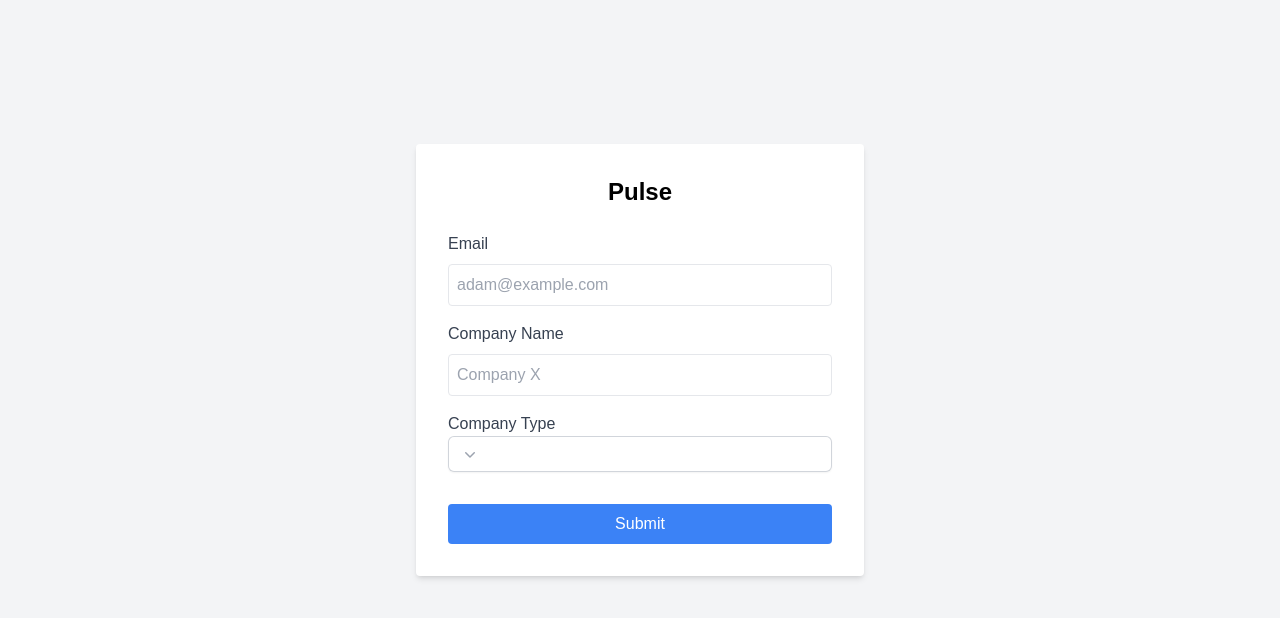
Repository: e-ndorfin/newhacks-2024
Page: / (app in pulse_site/)
These files come from the project's save history. The page is drawn as it stood at one moment and after the next save; the edit follows.
The browser window is 1280 px wide. The pictures show the whole page.
The project was rebuilt for these pictures with package versions that can differ from the ones it lists, and the page was loaded fresh each time. The framework's server and built-in components were replaced by stand-ins that run in the browser. Also part of the build but not shown: pulse_site/next.config.mjs.

Above is the page before, as saved 2024-10-26 20:04:03.

### pulse_site/app/page.js
"use client"; // Enables client-side features like hooks

import { useState } from 'react';

export default function Home() {
  const [email, setEmail] = useState('');
  const [companyName, setCompanyName] = useState('');
  const [companyType, setCompanyType] = useState('');
  const [isOpen, setIsOpen] = useState(false);

  const handleSubmit = (e) => {
    e.preventDefault();
    // Handle the form submission, e.g., send data to API or log it
    console.log({ email, companyName, companyType });
  };

  const handleSelectType = (type) => {
    setCompanyType(type);
    setIsOpen(false); // Close dropdown after selection
  };

  return (
    <div className="flex justify-center items-center h-screen bg-gray-100">
      <form
        onSubmit={handleSubmit}
        className="bg-white p-8 rounded shadow-md w-full max-w-md"
      >
        <h2 className="text-2xl font-bold mb-6 text-center text-black">Pulse</h2>

        <div className="mb-4">
          <label className="block text-gray-700">Email</label>
          <input
            type="email"
            placeholder="adam@example.com"
            value={email}
            onChange={(e) => setEmail(e.target.value)}
            className="mt-2 p-2 w-full border rounded"
            required
          />
        </div>

        <div className="mb-4">
          <label className="block text-gray-700">Company Name</label>
          <input
            type="text"
            placeholder="Company X"
            value={companyName}
            onChange={(e) => setCompanyName(e.target.value)}
            className="mt-2 p-2 w-full border rounded"
            required
          />
        </div>

        <div className="mb-4">
          <label className="block text-gray-700">Company Type</label>

          <div className="relative">
            <div>
              <button
                type="button"
                className="inline-flex w-full justify-start gap-x-1.5 rounded-md bg-white px-3 py-2 text-sm font-semibold text-gray-900 shadow-sm ring-1 ring-inset ring-gray-300 hover:bg-gray-50"
                id="menu-button"
                aria-expanded={isOpen}
                aria-haspopup="true"
                onClick={() => setIsOpen((prev) => !prev)} // Toggle dropdown
              >
                {companyType || ""}
                <svg className="justify-self-end -mr-1 h-5 w-5 text-gray-400" viewBox="0 0 20 20" fill="currentColor" aria-hidden="true">
                  <path fillRule="evenodd" d="M5.22 8.22a.75.75 0 0 1 1.06 0L10 11.94l3.72-3.72a.75.75 0 1 1 1.06 1.06l-4.25 4.25a.75.75 0 0 1-1.06 0L5.22 9.28a.75.75 0 0 1 0-1.06Z" clipRule="evenodd" />
                </svg>
              </button>
            </div>

            {isOpen && (
              <div className="absolute left-0 z-10 mt-2 w-56 origin-top-left divide-y divide-gray-100 rounded-md bg-white shadow-lg ring-1 ring-black ring-opacity-5 focus:outline-none"
              role="menu" aria-orientation="vertical" aria-labelledby="menu-button">
                <div className="py-1" role="none">
                  <button onClick={() => handleSelectType('vendor')} className="block px-4 py-2 text-sm text-gray-700 w-full text-left" role="menuitem">
                    Vendor
                  </button>
                  <button onClick={() => handleSelectType('seller')} className="block px-4 py-2 text-sm text-gray-700 w-full text-left" role="menuitem">
                    Seller
                  </button>
                </div>
              </div>
            )}
          </div>
        </div>



        <button
          type="submit"
          className="w-full bg-blue-500 text-white p-2 rounded mt-4 hover:bg-blue-600"
        >
          Submit
        </button>
      </form>
    </div>
  );
}

Loaded but not shown: pulse_site/app/layout.js (common file); pulse_site/app/globals.css (common file); pulse_site/tailwind.config.js (common file)

After the next save:
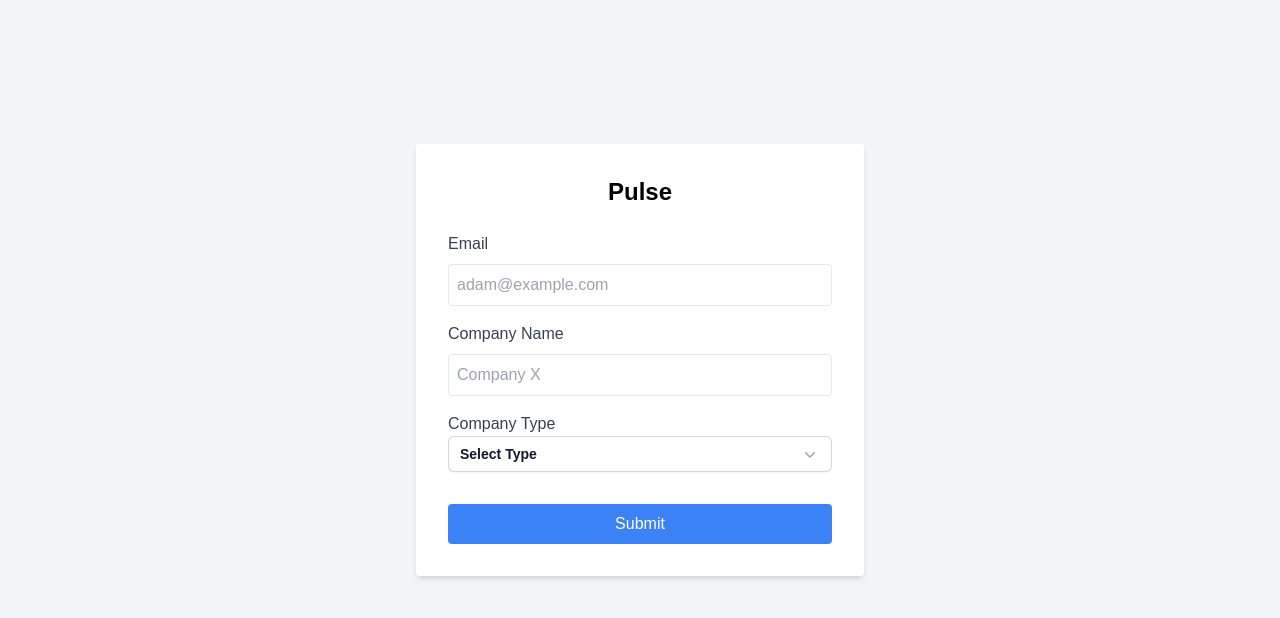
Saved 52 s later.
--- a/pulse_site/app/page.js
+++ b/pulse_site/app/page.js
@@ -55,21 +55,31 @@ export default function Home() {
           <label className="block text-gray-700">Company Type</label>
 
           <div className="relative">
-            <div>
-              <button
-                type="button"
-                className="inline-flex w-full justify-start gap-x-1.5 rounded-md bg-white px-3 py-2 text-sm font-semibold text-gray-900 shadow-sm ring-1 ring-inset ring-gray-300 hover:bg-gray-50"
-                id="menu-button"
-                aria-expanded={isOpen}
-                aria-haspopup="true"
-                onClick={() => setIsOpen((prev) => !prev)} // Toggle dropdown
+          <div>
+            <button
+              type="button"
+              className="flex w-full justify-between items-center rounded-md bg-white px-3 py-2 text-sm font-semibold text-gray-900 shadow-sm ring-1 ring-inset ring-gray-300 hover:bg-gray-50"
+              id="menu-button"
+              aria-expanded={isOpen}
+              aria-haspopup="true"
+              onClick={() => setIsOpen((prev) => !prev)} // Toggle dropdown
+            >
+              <span className="flex-grow text-left">{companyType || "Select Type"}</span>
+              <svg
+                className="h-5 w-5 text-gray-400"
+                viewBox="0 0 20 20"
+                fill="currentColor"
+                aria-hidden="true"
               >
-                {companyType || ""}
-                <svg className="justify-self-end -mr-1 h-5 w-5 text-gray-400" viewBox="0 0 20 20" fill="currentColor" aria-hidden="true">
-                  <path fillRule="evenodd" d="M5.22 8.22a.75.75 0 0 1 1.06 0L10 11.94l3.72-3.72a.75.75 0 1 1 1.06 1.06l-4.25 4.25a.75.75 0 0 1-1.06 0L5.22 9.28a.75.75 0 0 1 0-1.06Z" clipRule="evenodd" />
-                </svg>
-              </button>
-            </div>
+                <path
+                  fillRule="evenodd"
+                  d="M5.22 8.22a.75.75 0 0 1 1.06 0L10 11.94l3.72-3.72a.75.75 0 1 1 1.06 1.06l-4.25 4.25a.75.75 0 0 1-1.06 0L5.22 9.28a.75.75 0 0 1 0-1.06Z"
+                  clipRule="evenodd"
+                />
+              </svg>
+            </button>
+</div>
+
 
             {isOpen && (
               <div className="absolute left-0 z-10 mt-2 w-56 origin-top-left divide-y divide-gray-100 rounded-md bg-white shadow-lg ring-1 ring-black ring-opacity-5 focus:outline-none"
